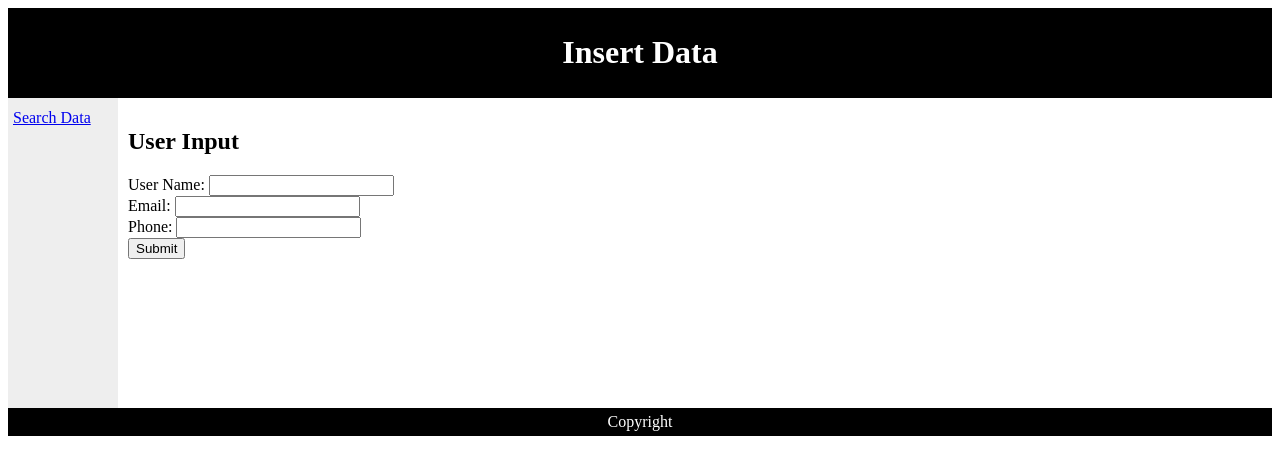
Repository: bpinkelman/Tech-Exercise
Page: planner-pinkelman/WebContent/AssignmentInsert.html
These files come from the project's save history. The page is drawn as it stood at one moment and after the next save; the edit follows.
The browser window is 1280 px wide. The pictures show the whole page.

Above is the page before, as saved 2020-02-27 20:30:37.

After the next save:
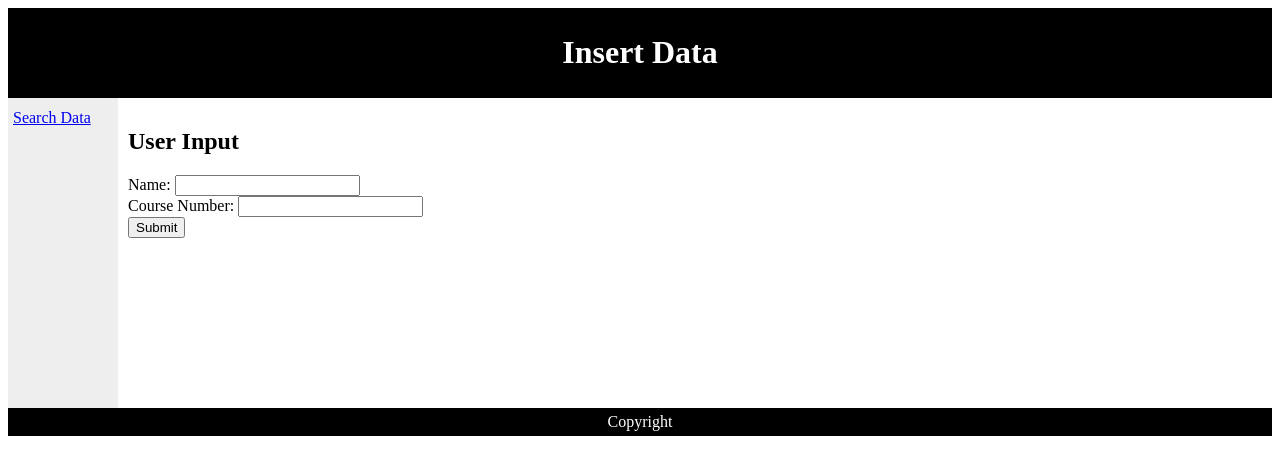
Saved 63 s later.
--- a/planner-pinkelman/WebContent/AssignmentInsert.html
+++ b/planner-pinkelman/WebContent/AssignmentInsert.html
@@ -36,7 +36,7 @@ footer {
 </header>
 
 <nav>
-<a href="/webproject/simpleFormSearch.html">Search Data</a> <br>
+<a href="/planner/simpleFormSearch.html">Search Data</a> <br>
 </nav>
 
 <section>
@@ -44,9 +44,9 @@ footer {
 
 	<form action="SimpleFormInsert" method="POST">
 
-		User Name: <input type="text" name="userName"> <br />
-		Email: <input type="text" name="email"> <br />
-		Phone: <input type="text" name="phone"> <br />
+		Name: <input type="text" name="Name"> <br />
+		Course Number: <input type="text" name="CourseNuber"> <br />
+
 
 		<input type="submit" value="Submit" />
 	</form>
